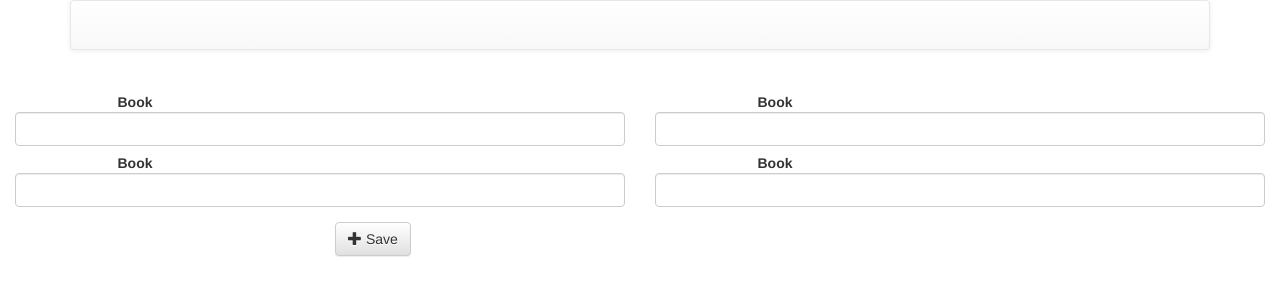
Repository: moguratakashi/laravel
Page: http://localhost/
The author's editor kept a record of every edit. The page is drawn from the files as they stood at one moment, then again after the next edit.
The browser window is 1280 px wide. The pictures show the whole page.
The page is served by the project's Laravel application, run on PHP 8.4 with Laravel 8. Queries for data that is not in the repository find no rows.

Above is the page before.
Console error (its wording comes from the project's code and is left out).

After the next edit:
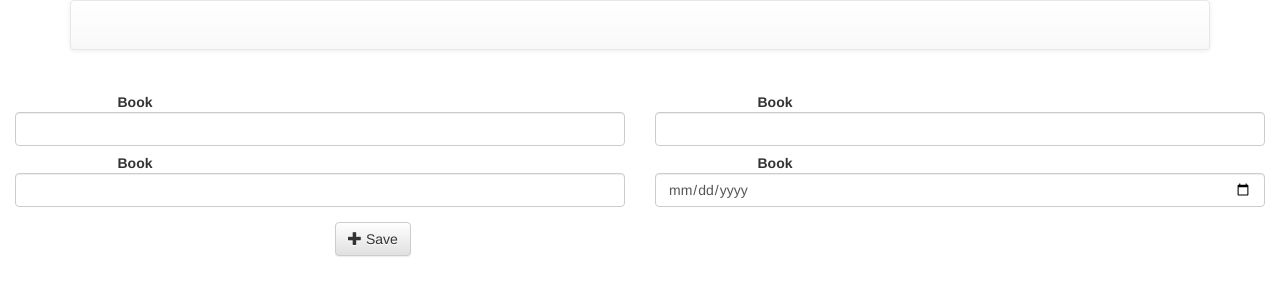
The edit:
--- a/cms/resources/views/books.blade.php
+++ b/cms/resources/views/books.blade.php
@@ -30,7 +30,7 @@
                 </div>
                 <div class="col-sm-6">
                     <label for="published" class="col-sm-3 control-label">Book</label>
-                    <input type="text" name="item_name" id="book-name"class="form-control">
+                    <input type="date" name="published" id="book-published"class="form-control">
                 </div>
             </div>
 
